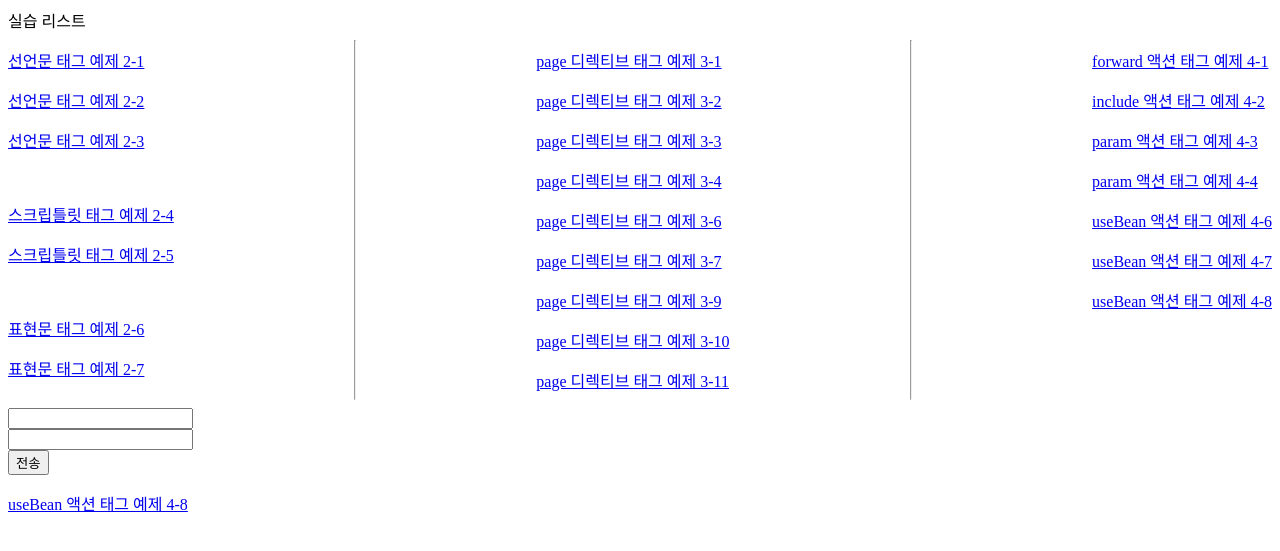
Repository: man332414/myJspStudy
Page: http://localhost/jspbook/
An editor plug-in stored every save of this project. The page is shown before and after the next save, followed by the edit.
The browser window is 1280 px wide. The pictures show the whole page.
The page is served by Tomcat 10. Nobody is signed in. The application's start-up code is not run. Other server files are loaded and not shown.

Above is the page before, as saved 2024-10-10 06:47:52.

### jspbook/src/main/webapp/index.jsp
<%@ page language="java" contentType="text/html; charset=UTF-8"
    pageEncoding="UTF-8"%>
<!DOCTYPE html>
<html>
<head>
<meta charset="UTF-8">
<title>어서와 집이야</title>
</head>
<body>
	실습 리스트
	<div style = "display : flex; justify-content : left;">
		<div>
			<p><a href = "2_1"> 선언문 태그 예제 2-1</a></p>
			<p><a href = "2_2"> 선언문 태그 예제 2-2</a></p>
			<p><a href = "2_3"> 선언문 태그 예제 2-3</a></p>
			<br>
			<p><a href = "2_4"> 스크립틀릿 태그 예제 2-4</a></p>
			<p><a href = "2_5"> 스크립틀릿 태그 예제 2-5</a></p>
			<br>
			<p><a href = "2_6"> 표현문 태그 예제 2-6</a></p>
			<p><a href = "2_7"> 표현문 태그 예제 2-7</a></p>
		</div>
		<hr>
		<div>
			<p><a href = "3_1"> page 디렉티브 태그 예제 3-1</a></p>
			<p><a href = "3_2"> page 디렉티브 태그 예제 3-2</a></p>
			<p><a href = "3_3"> page 디렉티브 태그 예제 3-3</a></p>
			<p><a href = "3_4"> page 디렉티브 태그 예제 3-4</a></p>
			<p><a href = "3_6"> page 디렉티브 태그 예제 3-6</a></p>
			<p><a href = "3_7"> page 디렉티브 태그 예제 3-7</a></p>
			<p><a href = "3_9"> page 디렉티브 태그 예제 3-9</a></p>
			<p><a href = "3_10"> page 디렉티브 태그 예제 3-10</a></p>
			<p><a href = "3_11"> page 디렉티브 태그 예제 3-11</a></p>
		</div>
		<hr>
		<div>
			<p><a href = "4_1"> forward 액션 태그 예제 4-1</a></p>
			<p><a href = "4_2"> include 액션 태그 예제 4-2</a></p>
			<p><a href = "4_3"> param 액션 태그 예제 4-3</a>
			<p><a href = "4_4"> param 액션 태그 예제 4-4</a>
			<p><a href = "4_6"> useBean 액션 태그 예제 4-6</a></p>
			<p><a href = "4_7"> useBean 액션 태그 예제 4-7</a></p>
			<p><a href = "4_8"> useBean 액션 태그 예제 4-8</a></p>
		</div>
	</div>
	<form action = "4_0" method = "post">
		<input type = "text" name = "id" />
		<br>
		<input type = "text" name = "name" />
		<br>
		<input type = "submit" value = "전송"></input>
	</form>
	<%
		String id = "admin";
		String name = "송근형";
	%>
	<p><a href = "4_0?id=<%=id%>&name=${name}"> useBean 액션 태그 예제 4-8</a></p>

</body>
</html>

After the next save:
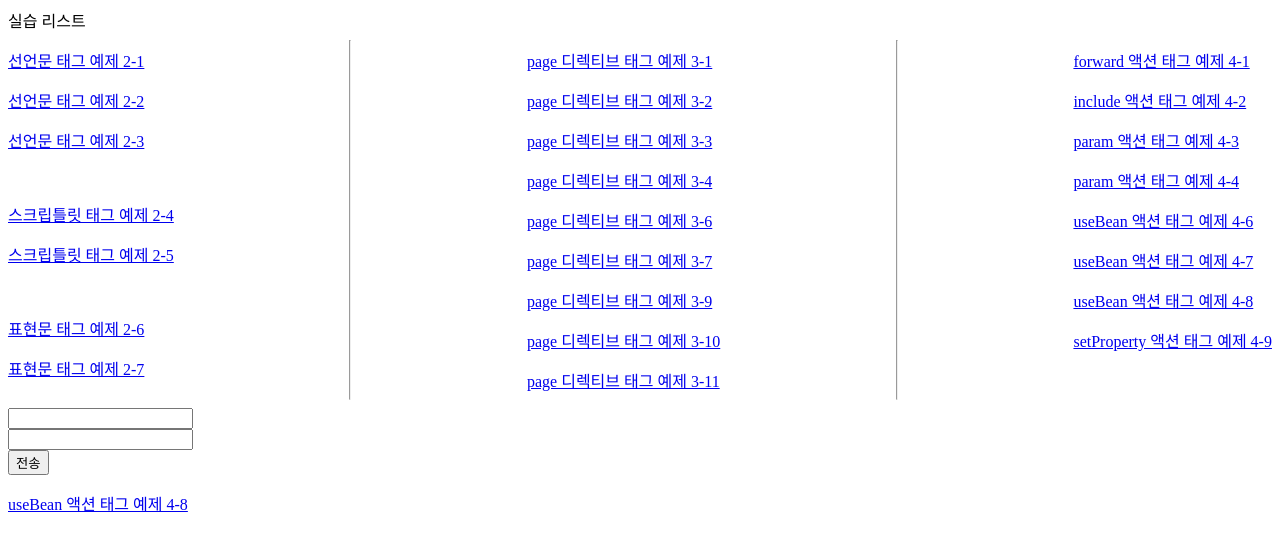
Saved 41 min 54 s later.
--- a/jspbook/src/main/webapp/index.jsp
+++ b/jspbook/src/main/webapp/index.jsp
@@ -41,6 +41,7 @@
 			<p><a href = "4_6"> useBean 액션 태그 예제 4-6</a></p>
 			<p><a href = "4_7"> useBean 액션 태그 예제 4-7</a></p>
 			<p><a href = "4_8"> useBean 액션 태그 예제 4-8</a></p>
+			<p><a href = "4_9"> setProperty 액션 태그 예제 4-9</a></p>
 		</div>
 	</div>
 	<form action = "4_0" method = "post">
